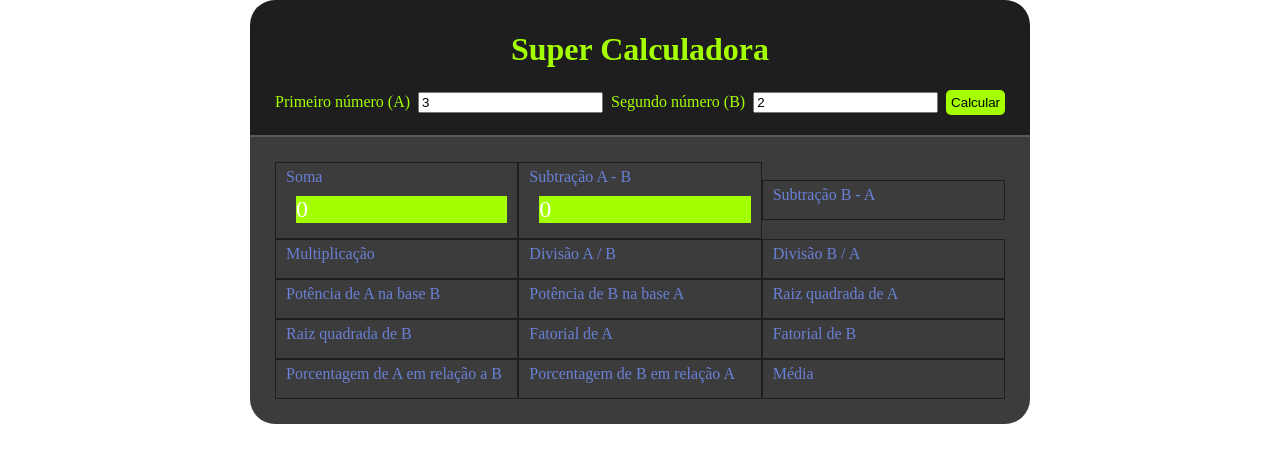
Repository: rrresck/supercalc-xpe
Page: index.html
An editor plug-in stored every save of this project. The page is shown before and after the next save, followed by the edit.
The browser window is 1280 px wide. The pictures show the whole page.

Above is the page before, as saved 2023-02-10 20:25:18.
Console error: TypeError: Cannot set properties of null (setting 'innerHTML')

After the next save:
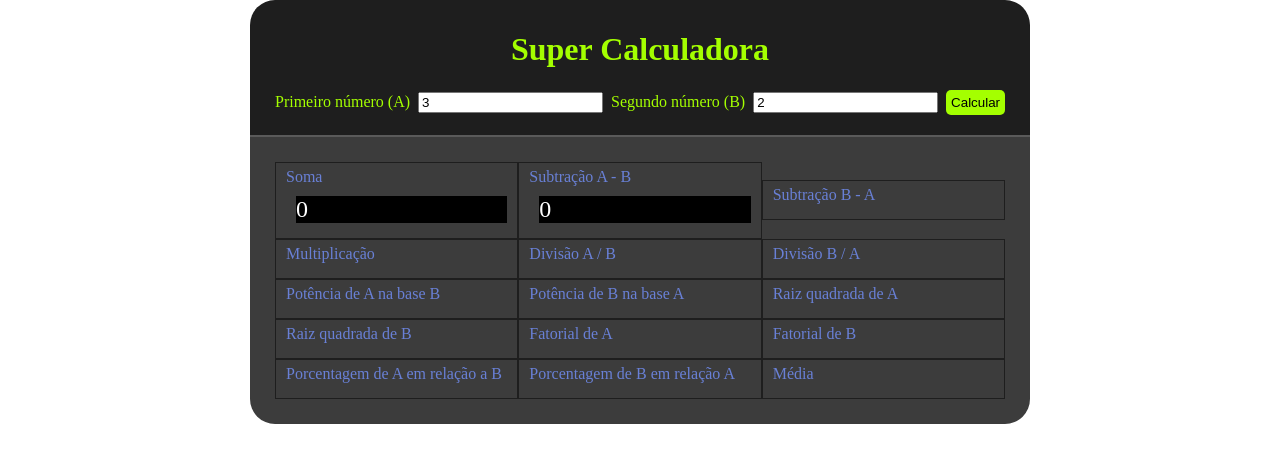
Saved 8 min 39 s later.
--- a/styles.css
+++ b/styles.css
@@ -66,5 +66,5 @@ p {
     margin: 10px;
     color: white;
     font-size: 1.5em;
-    background-color: #a4ff00;
+    background-color: black;
 }
